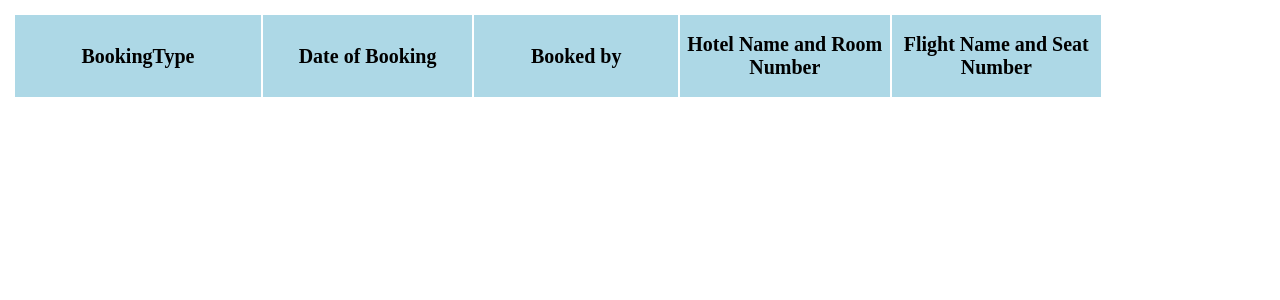
Repository: pparaska/Important
Page: http://localhost/website/WEB-INF/jsp/BookingList.jsp
The author's editor kept a copy of each file at every save. The page is drawn from the files as they stood at one save, then again after the next save.
The browser window is 1280 px wide. The pictures show the whole page.
The page is served by Tomcat 9. Nobody is signed in. The template is opened directly, without the code that normally fills it, so the values that code supplies are empty.

Above is the page before, as saved 2019-02-12 06:06:49.

After the next save:
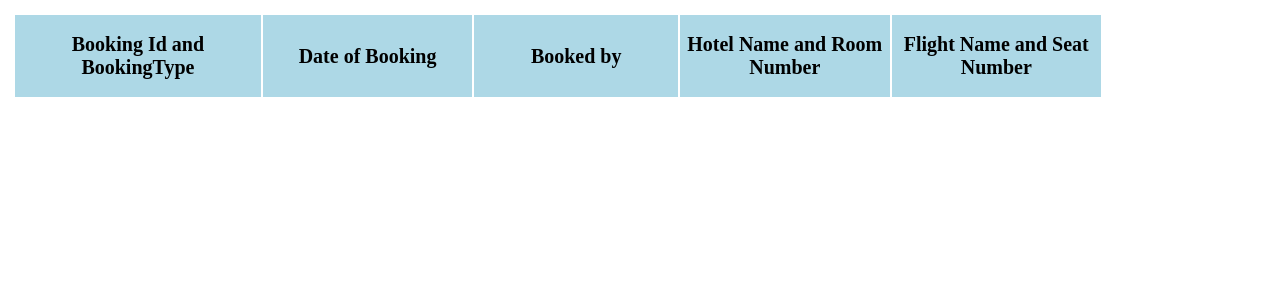
Saved 47 s later.
--- a/Poonam/All_Services/All_Services/website/src/main/webapp/WEB-INF/jsp/BookingList.jsp
+++ b/Poonam/All_Services/All_Services/website/src/main/webapp/WEB-INF/jsp/BookingList.jsp
@@ -30,7 +30,7 @@ th, td {
 	<div>
 		<table>
 			<tr>
-				<th>BookingType</th>
+				<th>Booking Id and BookingType</th>
 				<th>Date of Booking</th>
 				<th>Booked by</th>
 				<th>Hotel Name and Room Number</th>
